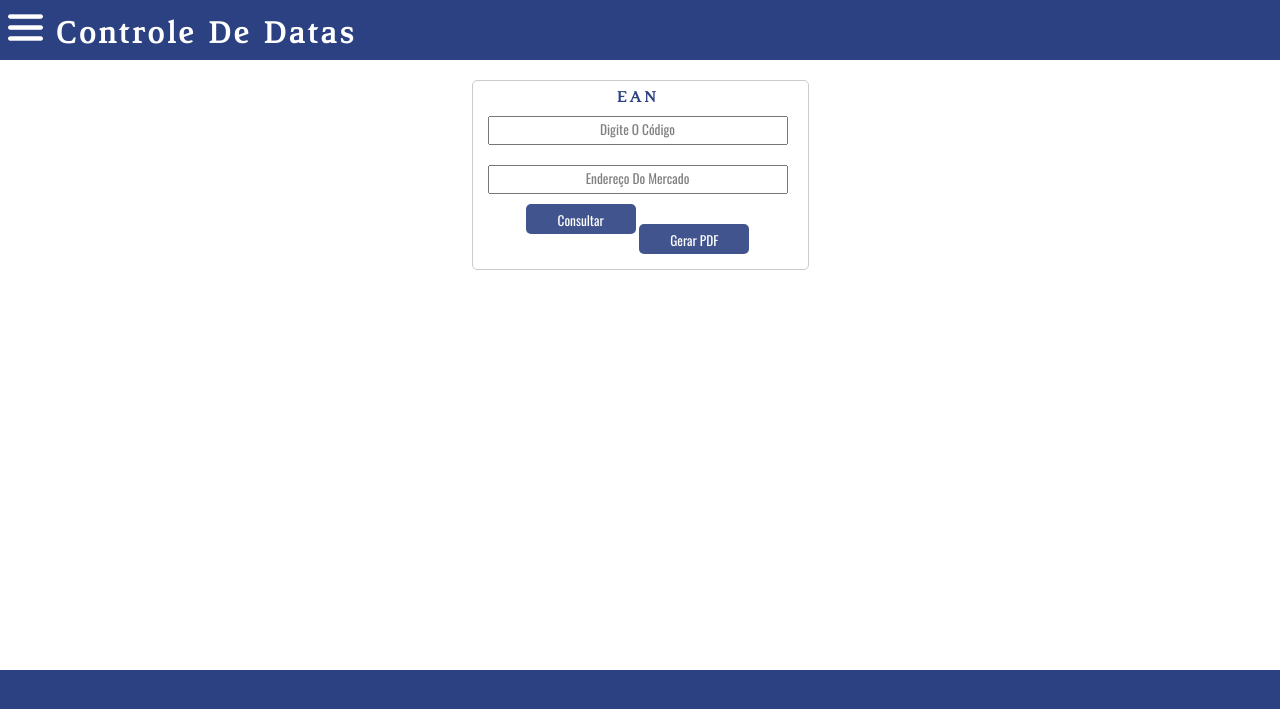
Repository: alfredo-allan/ControleDeDatasFrontEnd
Page: pages/buscaavancada.html
These files come from the project's save history. The page is drawn as it stood at one moment and after the next save; the edit follows.
The browser window is 1280 px wide. The pictures show the whole page.

Above is the page before, as saved 2024-04-24 16:26:42.
Console error: TypeError: Cannot read properties of null (reading 'addEventListener')

### pages/buscaavancada.html
<!DOCTYPE html>
<html lang="pt-BR">
  <head>
    <meta charset="UTF-8" />
    <meta name="viewport" content="width=device-width, initial-scale=1.0" />
    <link rel="stylesheet" href="../style/style.css" />
    <link rel="preconnect" href="https://fonts.googleapis.com" />
    <link rel="preconnect" href="https://fonts.gstatic.com" crossorigin />
    <link
      href="https://fonts.googleapis.com/css2?family=Oswald:wght@200..700&display=swap"
      rel="stylesheet"
    />
    <title>Controle de Datas</title>
  </head>
  <body>
    <div class="header">
      <div id="menu-icon">
        <img id="icon-menu" src="../images/barra-de-menu.png" alt="" />
      </div>
      <div id="titulo">
        <h1>Controle De Datas</h1>
      </div>
      <div id="menu-options">
        <ul>
          <!-- <img id="usuario" src="./images/usuario-exemplo.jpg" alt="" /> -->
          <a href="../index.html"><li>Pagina Inicial</li></a>
          <a href="cadastro.html"><li>Cadastar Datas</li></a>
          <a href="listagem.html"><li>Listagem</li></a>
        </ul>
      </div>
    </div>
    <div id="form">
      <div class="column">
        <span>EAN</span>
        <input
          type="text"
          id="ean"
          placeholder="Digite O Código"
        />

        <span></span>
        <input
          type="text"
          id="descricao-produto"
          placeholder="Endereço Do Mercado"
        />
        <div id="btns">
          <button id="consulta-btn">Consultar Datas</button>
          <button id="gerar-pdf-btn">Gerar PDF</button>
        </div>
      </div>
    </div>
    <div id="data-list"></div>
    <div class="footer"></div>
  </body>
  <script>
    document
      .getElementById("consulta-btn")
      .addEventListener("click", function () {
        const nomeCliente = document.getElementById("nome-cliente").value;
        const enderecoCliente =
          document.getElementById("endereco-cliente").value;

        fetch("https://v1controledatas.pythonanywhere.com/dados")
          .then((response) => response.json())
          .then((data) => {
            const dataList = document.getElementById("data-list");
            dataList.innerHTML = "";
            data.forEach((item) => {
              if (
                item.nomeCliente === nomeCliente &&
                item.enderecoCliente === enderecoCliente
              ) {
                const listItem = document.createElement("li");
                listItem.innerHTML = `
              <span class="name" >Nome do Promotor: </span> <span class="item" id="promotor" style="color:rgb(56, 56, 56);">${item.nomePromotor}</span><br>
              <span class="name" >Nome do Cliente: </span><span class="item">${item.nomeCliente}</span><br>
              <span class="name" >Endereço do Cliente: </span><span class="item">${item.enderecoCliente}</span><br>
              <span class="name" >EAN: </span><span class="item">${item.ean}</span><br>
              <span class="name" >Descrição do Produto: </span><span class="item">${item.descricaoProduto}</span><br>
              <span class="name" >Data de Vencimento: </span><span class="item">${item.dataVencimento}</span><br>
              <span class="name" >Quantidade de Produtos: </span><span class="item">${item.quantidadeProdutos}</span><br>
            `;
                dataList.appendChild(listItem);
              }
            });
          })
          .catch((error) => console.error("Erro ao buscar dados:", error));
      });
  </script>
  <!-- <script src="https://cdnjs.cloudflare.com/ajax/libs/jspdf/2.4.0/jspdf.umd.min.js"></script> -->
  <script src="../js/script.js"></script>
</html>

### style/style.css
:root {
  --cor-azul: rgb(44, 65, 129);
  --oswald-font: "Oswald", sans-serif;
  --luthier-font: "Luthier";
}

body {
  font-family: var(--oswald-font);
}

@font-face {
  font-family: "Luthier";
  src: url("../fonts/LuthierFF/Luthier-Regular.ttf") format("truetype");
  /* Adicione mais formatos (e.g. woff, woff2) conforme necessário */
}

#titulo h1 {
  font-family: var(--luthier-font);
  letter-spacing: 3px;
  font-weight: 900;
  color: white;
  margin-top: -30px;
  margin-left: 55px;
}

.column {
  display: flex;
  flex-direction: column;
  align-items: center;
  padding: 10px 20px 15px 15px;
  border: 1px solid #ccc;
  border-radius: 5px;
  width: 300px;
  margin: 0 auto;
  span {
    font-weight: 900;
    font-family: var(--luthier-font);
    letter-spacing: 3px;
    margin-bottom: 10px;
    color: var(--cor-azul);
  }
}

#logo img {
  margin-top: 200px;
  width: 250px;
  margin-left: 50px;
}

#logo {
  h1 {
    text-align: center;
    text-wrap: nowrap;
    font-size: 25px;
    font-family: var(--oswald-font);
    font-weight: 900;
    letter-spacing: 2px;
    color: var(--cor-azul);
  }
}

#form {
  margin-top: 80px;
}

input {
  margin-bottom: 5px;
  padding: 5px;
  width: 100%;
  box-sizing: border-box;
  font-weight: 600;
  margin-bottom: 10px;
}

input::placeholder {
  text-align: center;
  color: gray;
  font-family: var(--oswald-font);
  font-weight: 400;
}

input:focus {
  outline-color: var(--cor-azul); /* Altere a cor aqui */
}

.header {
  position: fixed;
  top: 0;
  left: 0;
  width: 100%;
  height: 60px;
  background-color: var(--cor-azul);
}

#icon-menu {
  width: 35px;
  margin-top: 10px;
  z-index: 1;
  margin-left: 8px;
  cursor: pointer;
}

#menu-options ul {
  list-style: none;
  padding: 0;
  margin-left: 5px;
  font-size: 20px;
  font-weight: 500;
  text-wrap: nowrap;
  font-family: var(--oswald-font);
}

#menu-options ul li {
  padding: 10px;
  letter-spacing: 2px;
  cursor: pointer;
}

a {
  text-decoration: none; /* Remove sublinhado */
  color: inherit; /* Mantém a cor padrão do texto */
  /* Adicione quaisquer outros estilos desejados para o link */
}

#menu-options {
  display: none;
  position: absolute;
  top: 0;
  left: 0;
  margin-top: 60px;
  width: 50%;
  height: 20vh;
  border-bottom-right-radius: 15px;
  background-color: var(--cor-azul);
  color: white;
  font-family: var(--oswald-font);
  font-weight: 900;
}

button {
  text-align: center;
  width: 110px;
  height: 30px;
  padding: 6px 30px;
  background-color: rgba(44, 65, 129, 0.897);
  border-radius: 5px;
  color: white;
  border: none;
  border-radius: 5px;
  cursor: pointer;
  font-family: var(--oswald-font);
}

button:focus {
  outline: 2px solid var(--cor-azul);
}

.footer {
  position: fixed;
  left: 0;
  bottom: 0;
  width: 100%;
  height: 50px;
  background-color: var(--cor-azul);
}

.footer img {
  width: 45px;
  margin-top: 2px;
  cursor: pointer;
  margin-left: 10px;
}

#autocomplete-list-id {
  background-color: #f1f1f1;
  border: 1px solid #d4d4d4;
  color: var(--cor-azul);
  border-top: none;
  max-height: 200px;
  overflow-y: auto;
  position: absolute;
  z-index: 999;
  margin-top: -10px;
  margin-left: 60px;
}

.autocomplete-items div {
  padding: 10px;
  cursor: pointer;
  background-color: #fff;
  border-bottom: 1px solid #d4d4d4;
}

.autocomplete-items div:hover {
  background-color: #e9e9e9;
}

.autocomplete-items div strong {
  font-weight: bold;
}

#data-list {
  margin: 0 auto;
  left: 50%;
  transform: translateX(-50%);
  margin: 0 auto;
  left: 50%;
  top: 50%;
  transform: translate(-50%, -50%);
  /* border: 1px solid var(--cor-azul); */
  color: var(--cor-azul);
  border-radius: 5px;
  max-height: 330px;
  overflow-y: auto;
  position: absolute;
  z-index: 999;
  margin-top: 110px;
  margin-left: 0px;
  width: 336px;
  list-style: none;
  .name {
    font-family: var(--oswald-font);
    font-weight: 900;
    font-size: 17px;
  }
  .item {
    font-family: var(--oswald-font);
    font-weight: 500;
    font-size: 15;
    color: black;
  }
}

#promotor {
  line-height: 60px;
}

#data-list {
  /* Estilos do elemento #data-list */
  /* Defina outras propriedades conforme necessário */

  scrollbar-color: var(--cor-azul) var(--cor-azul); /* Cor da barra de rolagem e do fundo da barra */
}

#data-list::-webkit-scrollbar {
  width: 10px; /* Largura da barra de rolagem */
}

#data-list::-webkit-scrollbar-thumb {
  background-color: white; /* Cor da barra de rolagem */
  border-radius: 5px; /* Raio de borda da barra de rolagem */
}

#texto-descritivo {
  text-align: justify;
  margin-top: 200px;
  position: fixed;
  font-family: var(--luthier-font);
  letter-spacing: 3px;
  line-height: 2;
  margin-right: 8px;
  font-weight: 900;
  color: var(--cor-azul);

}

### js/script.js
document.addEventListener("DOMContentLoaded", function () {
  carregarDados();

  document
    .getElementById("data-vencimento")
    .addEventListener("input", formatarData);

  document.getElementById("ean").addEventListener("input", function () {
    var eanSelecionado = document.getElementById("ean").value;
    preencherDescricaoPorEAN(eanSelecionado);
  });
});

function formatarData() {
  let inputData = document.getElementById("data-vencimento").value;

  let dataFormatada = inputData.replace(/^(\d{2})(\d{2})(\d{2})$/, "$1/$2/$3");

  document.getElementById("data-vencimento").value = dataFormatada;
}

function preencherDescricaoPorEAN(ean) {
  fetch("../frutap.json")
    .then((response) => response.json())
    .then((data) => {
      const mercados = data.mercados;

      for (let mercado of mercados) {
        const produto = mercado.produtos.find(
          (produto) => produto.codigoEAN === ean
        );
        if (produto) {
          document.getElementById("descricao-produto").value =
            produto.descricao;
          return; // Encerra o loop assim que encontrar o produto correspondente
        }
      }

      // Se não encontrou nenhum produto com o código EAN correspondente
      document.getElementById("descricao-produto").value =
        "Produto não encontrado";
    })
    .catch((error) => {
      console.error("Erro ao carregar os dados do arquivo JSON:", error);
    });
}

function carregarDados() {
  fetch("../frutap.json")
    .then((response) => {
      if (response.ok) {
        return response.json();
      } else {
        throw new Error("Erro ao carregar os dados");
      }
    })
    .then((data) => {
      if (data && data.mercados) {
        const mercados = data.mercados.map((mercado) => mercado.nome);
        const codigosEAN = data.mercados.map((mercado) => mercado.codigoEAN);
        const enderecos = data.mercados.map((mercado) => mercado.endereco);

        autocomplete(document.getElementById("nome-cliente"), mercados, data);
        autocomplete(document.getElementById("ean"), codigosEAN);
        autocomplete(
          document.getElementById("endereco-cliente"),
          enderecos,
          data
        );
      } else {
        console.error("Formato de dados inválido");
      }
    })
    .catch((error) => {
      console.error("Erro ao carregar os dados do arquivo JSON:", error);
    });
}
function autocomplete(inp, arr, data) {
  var currentFocus;

  inp.addEventListener("input", function (e) {
    var a,
      b,
      i,
      val = this.value;
    closeAllLists();
    if (!val) {
      return false;
    }
    currentFocus = -1;
    a = document.createElement("DIV");
    a.setAttribute("id", "autocomplete-list-id");
    a.setAttribute("class", "autocomplete-items");
    this.parentNode.appendChild(a);
    for (i = 0; i < arr.length; i++) {
      if (
        arr[i] &&
        arr[i].substr(0, val.length).toUpperCase() == val.toUpperCase()
      ) {
        b = document.createElement("DIV");
        b.innerHTML = "<strong>" + arr[i].substr(0, val.length) + "</strong>";
        b.innerHTML += arr[i].substr(val.length);
        b.innerHTML += "<input type='hidden' value='" + arr[i] + "'>";
        b.addEventListener("click", function (e) {
          inp.value = this.getElementsByTagName("input")[0].value;
          closeAllLists();
          // Preencher o campo de Endereço do mercado ao selecionar o nome do mercado
          var selectedMarket = this.getElementsByTagName("input")[0].value;
          var mercadoSelecionado = data.mercados.find(
            (mercado) => mercado.nome === selectedMarket
          );
          if (mercadoSelecionado) {
            var enderecoCompleto =
              mercadoSelecionado.endereco.rua +
              ", " +
              mercadoSelecionado.endereco.bairro +
              ", " +
              mercadoSelecionado.endereco.cidade +
              ", " +
              mercadoSelecionado.endereco.estado;
            document.getElementById("endereco-cliente").value =
              enderecoCompleto;
          }
        });
        a.appendChild(b);
      }
    }
  });

  function closeAllLists(elmnt) {
    var x = document.getElementsByClassName("autocomplete-items");
    for (var i = 0; i < x.length; i++) {
      if (elmnt != x[i] && elmnt != inp) {
        x[i].parentNode.removeChild(x[i]);
      }
    }
  }

  document.addEventListener("click", function (e) {
    closeAllLists(e.target);
  });
}

const menuIcon = document.getElementById("menu-icon");
const menuOptions = document.getElementById("menu-options");

menuIcon.addEventListener("click", function () {
  if (menuOptions.style.display === "none") {
    menuOptions.style.display = "block";
  } else {
    menuOptions.style.display = "none";
  }
});

document.getElementById("btn-salvar").addEventListener("click", function () {
  const nomePromotor = document.getElementById("nome-promotor").value;
  const nomeCliente = document.getElementById("nome-cliente").value;
  const enderecoCliente = document.getElementById("endereco-cliente").value;
  const ean = document.getElementById("ean").value;
  const descricaoProduto = document.getElementById("descricao-produto").value;
  const dataVencimento = document.getElementById("data-vencimento").value;
  const quantidadeProdutos = document.getElementById(
    "quantidade-produtos"
  ).value;

  fetch("https://v1controledatas.pythonanywhere.com/salvar-dados", {
    method: "POST",
    headers: {
      "Content-Type": "application/json",
    },
    body: JSON.stringify({
      nomePromotor: nomePromotor,
      nomeCliente: nomeCliente,
      enderecoCliente: enderecoCliente,
      ean: ean,
      descricaoProduto: descricaoProduto,
      dataVencimento: dataVencimento,
      quantidadeProdutos: quantidadeProdutos,
    }),
  })
    .then((response) => {
      if (response.ok) {
        alert("Dados salvos com sucesso!");
      } else {
        throw new Error("Erro ao salvar os dados");
      }
    })
    .catch((error) => {
      console.error("Erro ao salvar os dados:", error);
    });
});

Loaded but not shown: frutap.json (447 lines, source omitted)

After the next save:
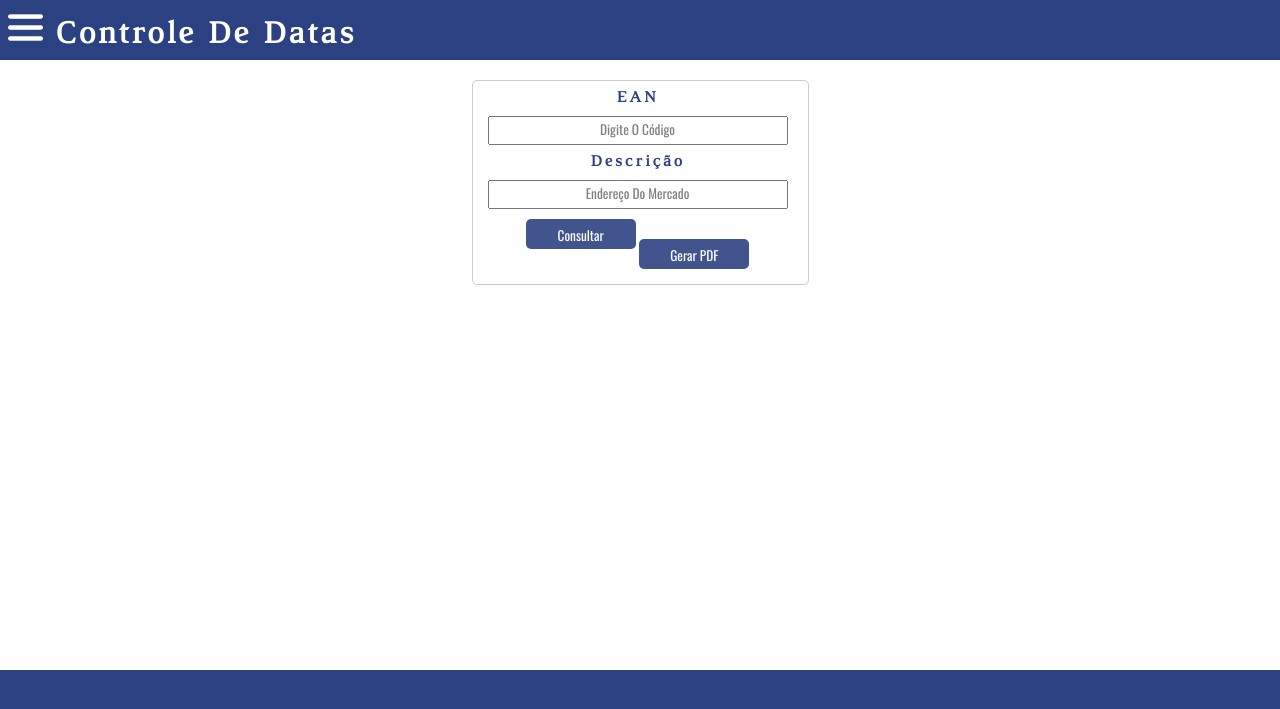
Saved 10 s later.
--- a/pages/buscaavancada.html
+++ b/pages/buscaavancada.html
@@ -38,7 +38,7 @@
           placeholder="Digite O Código"
         />
 
-        <span></span>
+        <span>Descrição</span>
         <input
           type="text"
           id="descricao-produto"
